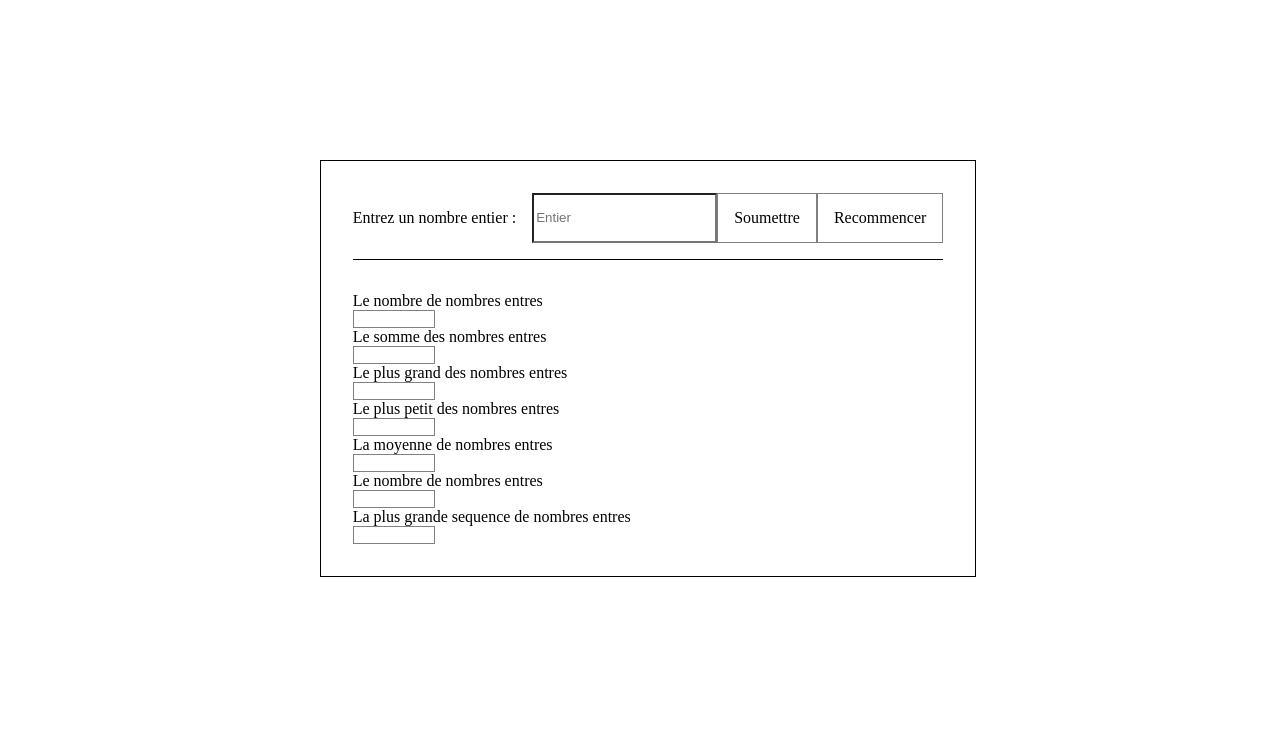
Repository: Thomas088/asbl-proforma
Page: exercices/js/ex-01/index.html
The author's editor kept a copy of each file at every save. The page is drawn from the files as they stood at one save, then again after the next save.
The browser window is 1280 px wide. The page is 1288 px wide, so the pictures cover 1288 px, including what lies to the right of the window. The pictures show the whole page.

Above is the page before, as saved 2020-03-20 01:56:03.

### exercices/js/ex-01/index.html
<!DOCTYPE html>
<html lang="en">
<head>
    <meta charset="UTF-8">
    <meta name="viewport" content="width=device-width, initial-scale=1.0">
    <link rel="stylesheet" href="./style.css">
    <title>Numbers</title>
</head>
<body>

    <div class="tableau">
        <div class="entry-user">
            <p>Entrez un nombre entier :</p>
            <input type="number" name="entry" class="user-entry" placeholder="Entier">
            <div class="submit-number">Soumettre</div>
            <div class="restart">Recommencer</div>
        </div>

        <div class="total-entries">
            <span>Le nombre de nombres entres</span>
            <div class="result total-entries-result"></div>
        </div>

        <div class="sum-entries">
            <span>Le somme des nombres entres</span>
            <div class="result sum-entries-result"></div>
        </div>

        <div class="max-entries">
            <span>Le plus grand des nombres entres</span>
            <div class="result max-entries-result"></div>
        </div>

        <div class="min-entries">
            <span>Le plus petit des nombres entres</span>
            <div class="result"></div>
        </div>

        <div class="avarage-entries">
            <span>La moyenne de nombres entres</span>
            <div class="result min-entries-result"></div>
        </div>

        <div class="list-of-entries">
            <span>Le nombre de nombres entres</span>
            <div class="result list-of-entries-result"></div>
        </div>

        <div class="sequence-entries">
            <span>La plus grande sequence de nombres entres</span>
            <div class="result sequence-entriesresult"></div>
        </div>

    </div>

    <script src="./index.js"></script>
</body>
</html>

### exercices/js/ex-01/style.css
body {
    width: 100vw;
    height: 100vh;
    display: flex;
    justify-content: center;
    align-items: center;
}

.tableau {
    border: 1px solid #000;
    padding: 2em;
}

.entry-user {
    display: flex;
    padding-bottom: 1rem;
    margin-bottom: 2rem;;
    border-bottom: 1px solid #000;
}

.entry-user p {
    padding-right: 1em;
}

.user-entry {
    outline: none;
    appearance: none;
}

.submit-number, .restart {
    display: flex;
    justify-content: center;
    align-items: center;
    border: 1px solid gray;
    padding: 0 1rem;
}

.result {
    width: 5rem;
    height: 1rem;
    border: 1px solid gray;
}

### exercices/js/ex-01/index.js
window.addEventListener("DOMContentLoaded", function () {



})

After the next save:
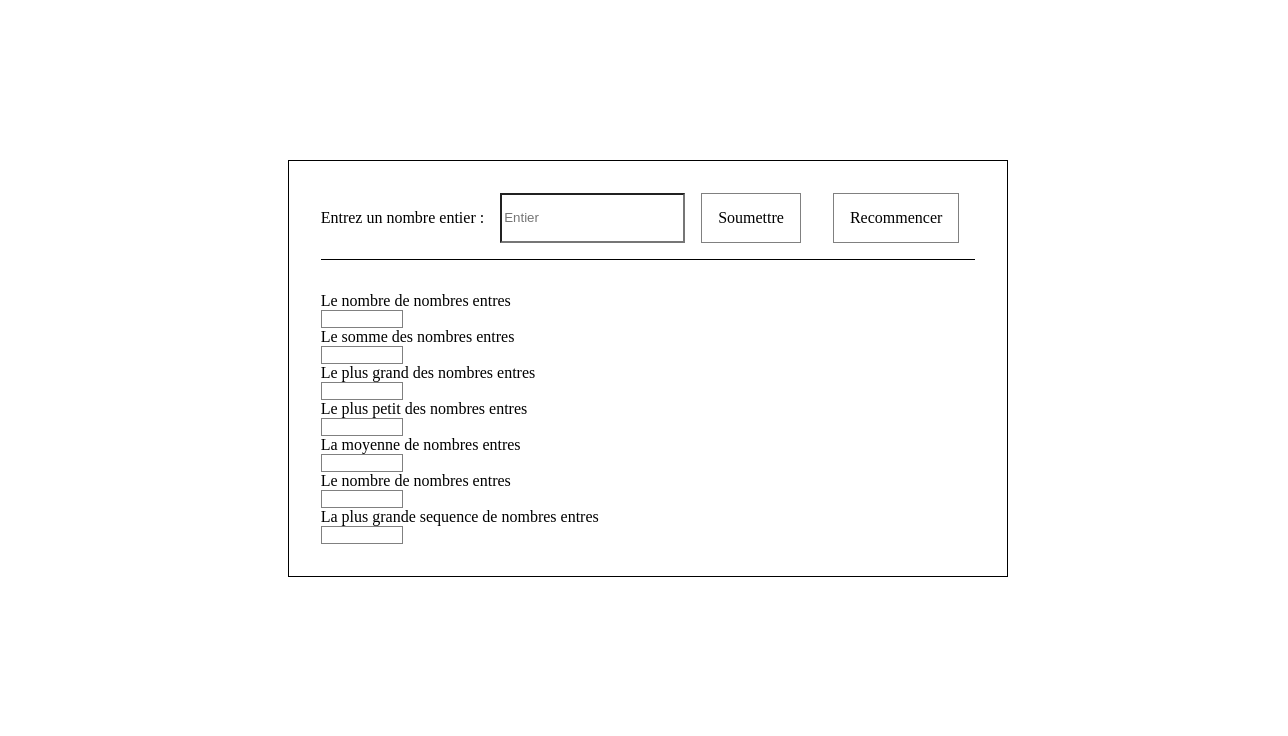
Saved 42 s later.
--- a/exercices/js/ex-01/style.css
+++ b/exercices/js/ex-01/style.css
@@ -32,6 +32,7 @@ body {
     justify-content: center;
     align-items: center;
     border: 1px solid gray;
+    margin: 0 1rem;
     padding: 0 1rem;
 }
 
